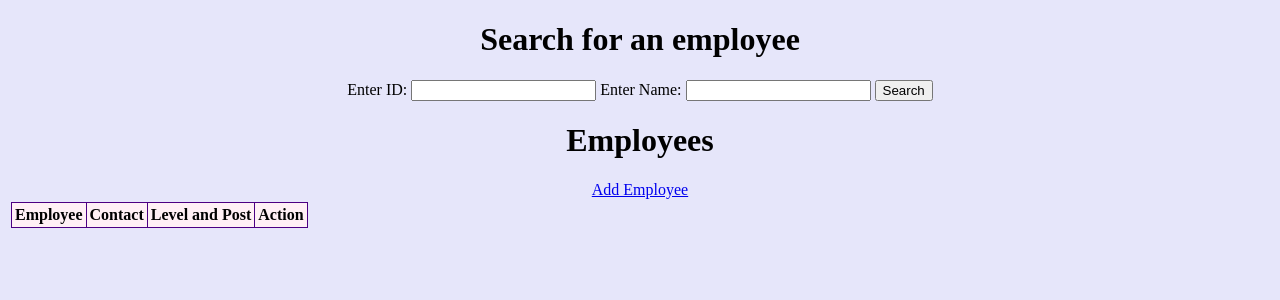
Repository: P9-Analyst-Java/employee-management-abhishekdatta12
Page: http://localhost/spring-expense-tracker/WEB-INF/views/home.jsp
An editor plug-in stored every save of this project. The page is shown before and after the next save, followed by the edit.
The browser window is 1280 px wide. The pictures show the whole page.
The page is served by Tomcat 9. Nobody is signed in. The template is opened directly, without the code that normally fills it, so the values that code supplies are empty.

Above is the page before, as saved 2023-02-21 05:17:20.

After the next save:
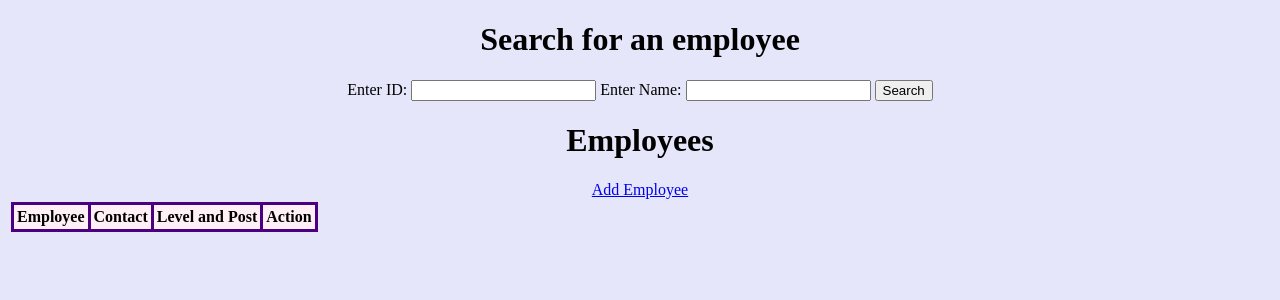
Saved 7 s later.
--- a/spring-portal/spring-expense-tracker/src/main/webapp/WEB-INF/views/home.jsp
+++ b/spring-portal/spring-expense-tracker/src/main/webapp/WEB-INF/views/home.jsp
@@ -19,7 +19,7 @@ div{
 table, th, td{
 	background-color: lavenderblush;
 	text-align: center;
-	border: 1px solid indigo;
+	border: 3px solid indigo;
 	border-collapse: collapse;
 	padding: 3px;
 	margin: 3px;
